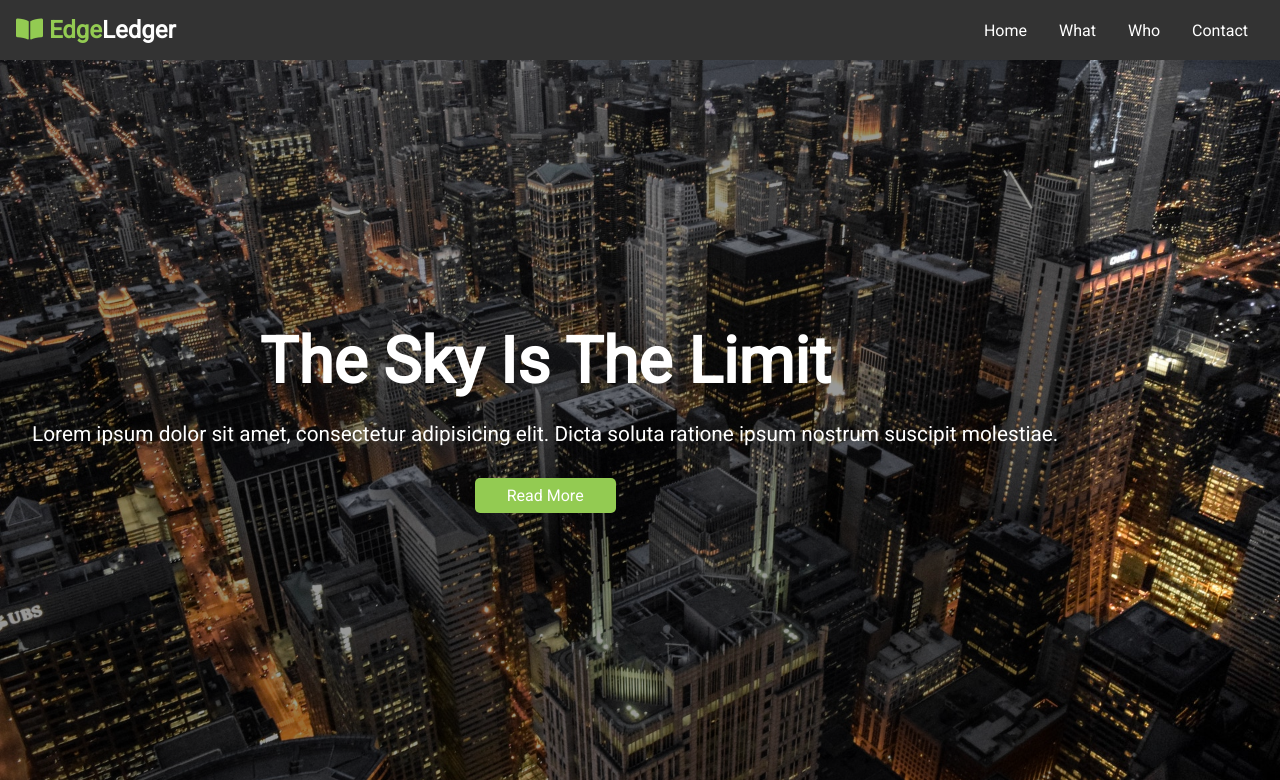
Repository: dimlutine/EdgeLedger
Page: index.html
These files come from the project's save history. The page is drawn as it stood at one moment and after the next save; the edit follows.
The browser window is 1280 px wide. The pictures show the whole page.
The pointer rests on the first visible `.btn`.
Some web libraries are served in a nearby version.

Above is the page before, as saved 2019-07-06 18:58:21.

### index.html
<!DOCTYPE html>
<html lang="en">

<head>
    <meta charset="UTF-8">
    <meta name="viewport" content="width=device-width, initial-scale=1.0">
    <meta http-equiv="X-UA-Compatible" content="ie=edge">
    <link rel="stylesheet" href="https://use.fontawesome.com/releases/v5.6.3/css/all.css" integrity="sha384-UHRtZLI+pbxtHCWp1t77Bi1L4ZtiqrqD80Kn4Z8NTSRyMA2Fd33n5dQ8lWUE00s/" crossorigin="anonymous">
    <link rel="stylesheet" media="screen and (max-width: 768px)" href="css/mobile.css">
    <link rel="stylesheet" media="screeb abd (min-width: 1100px)" href="css/widescreen.css">
    <link rel="stylesheet" href="css/style.css">
    <title>EdgeLedger Financial | Accounting & Investment</title>
</head>

<body id="home">
    <!-- Navbar -->
    <nav id="navbar">
        <h1 class="logo">
            <span class="text-primary"><i class="fas fa-book-open"></i> Edge</span>Ledger
        </h1>
        <ul>
            <li><a href="#home">Home</a></li>
            <li><a href="#what">What</a></li>
            <li><a href="#who">Who</a></li>
            <li><a href="#contacts">Contact</a></li>
        </ul>
    </nav>
    <!-- Header: Showcase -->
    <header id="showcase">
        <div class="showcase-content">
            <h1 class="l-heading">
                The Sky Is The Limit
            </h1>
            <p class="lead">Lorem ipsum dolor sit amet, consectetur adipisicing elit. Dicta soluta ratione ipsum nostrum suscipit molestiae.</p>
            <a href="#what" class="btn">Read More</a>
        </div>
    </header>
</body>

</html>

### css/style.css
@import url('https://fonts.googleapis.com/css?family=Roboto&display=swap');
* {
    margin: 0;
    padding: 0;
}

body {
    font-family: 'Roboto', sans-serif;
}

a {
    text-decoration: none;
}

p {
    margin: .75rem 0;
}


/* Utility Classes */

.text-primary {
    color: #93cb52;
}

.l-heading {
    font-size: 4rem;
    margin-bottom: 0.75rem;
    line-height: 1.1;
}

.lead {
    font-size: 1.3rem;
    margin-bottom: 2rem;
}

.btn {
    display: inline-block;
    color: #fff;
    background: #93cb52;
    padding: 0.5rem 2rem;
    border: none;
    border-radius: 5px;
}


/* Navbar */

#navbar {
    display: flex;
    position: sticky;
    top: 0;
    background: #333;
    color: #fff;
    justify-content: space-between;
    z-index: 1;
    padding: 1rem;
}

#navbar ul {
    display: flex;
    align-items: center;
    list-style: none;
}

#navbar ul li a {
    color: #fff;
    padding: 0.75rem;
    margin: 0 0.25rem;
}

#navbar ul li a:hover {
    background: #93cb52;
    border-radius: 5px;
}


/* Showcase */

#showcase {
    background: #333 url(../img/showcase.jpg) no-repeat center center/cover;
    height: 100vh;
    color: #fff;
}

#showcase .showcase-content {
    height: 100%;
    display: flex;
    flex-direction: column;
    justify-content: center;
    text-align: center;
    align-items: center;
    padding: 0 2rem;
    /* Overlay */
    position: absolute;
    top: 60px;
    left: 0;
    background-color: rgba(0, 0, 0, .4);
}

Loaded but not shown: css/mobile.css (no stored copy; drawn as an empty file); css/widescreen.css (no stored copy; drawn as an empty file)

After the next save:
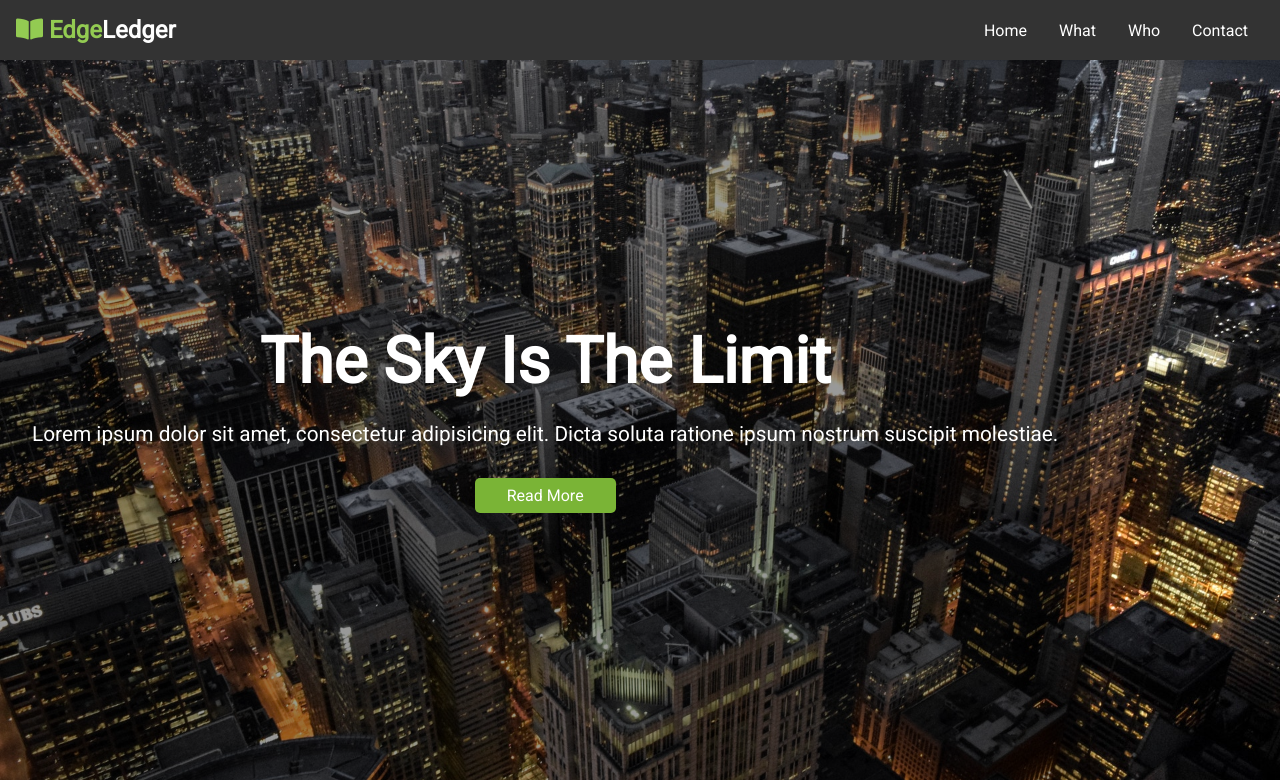
Saved 31 s later.
--- a/css/style.css
+++ b/css/style.css
@@ -41,6 +41,10 @@
     padding: 0.5rem 2rem;
     border: none;
     border-radius: 5px;
+}
+
+.btn:hover {
+    background: #7ab436;
 }
 
 
